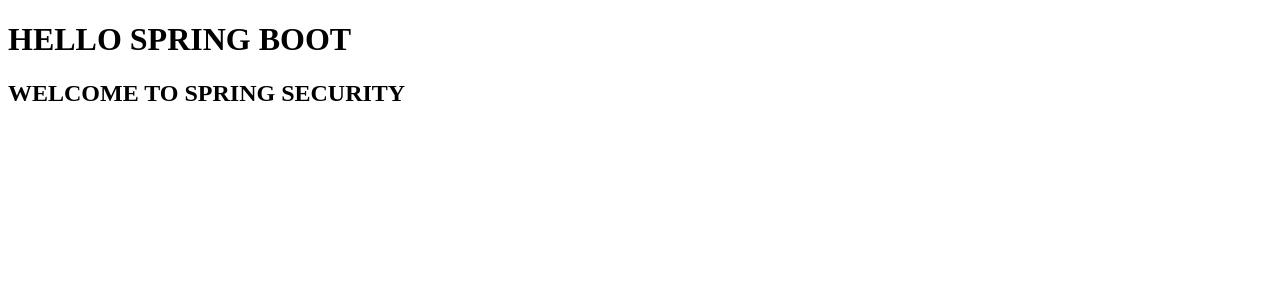
Repository: sohail-dev786/SpringSecurityDemo
Page: http://localhost/SpringSecurityDemo/views/index.jsp
These files come from the project's save history. The page is drawn as it stood at one moment and after the next save; the edit follows.
The browser window is 1280 px wide. The pictures show the whole page.
The page is served by Tomcat 9.

Above is the page before, as saved 2020-11-03 15:44:53.

After the next save:
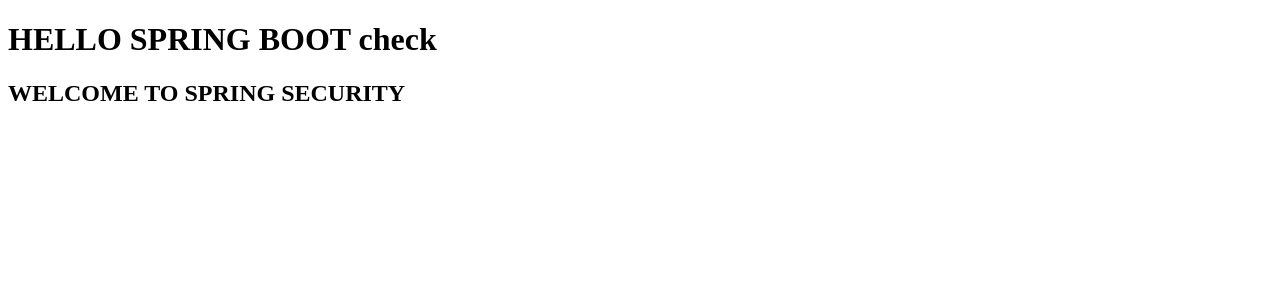
Saved 49 s later.
--- a/SpringSecurityDemo/src/main/webapp/views/index.jsp
+++ b/SpringSecurityDemo/src/main/webapp/views/index.jsp
@@ -7,7 +7,7 @@
 <title>Insert title here</title>
 </head>
 <body>
-	<h1>HELLO SPRING BOOT</h1>
+	<h1>HELLO SPRING BOOT check</h1>
 	<h2>WELCOME TO SPRING SECURITY</h2>
 </body>
 </html>
